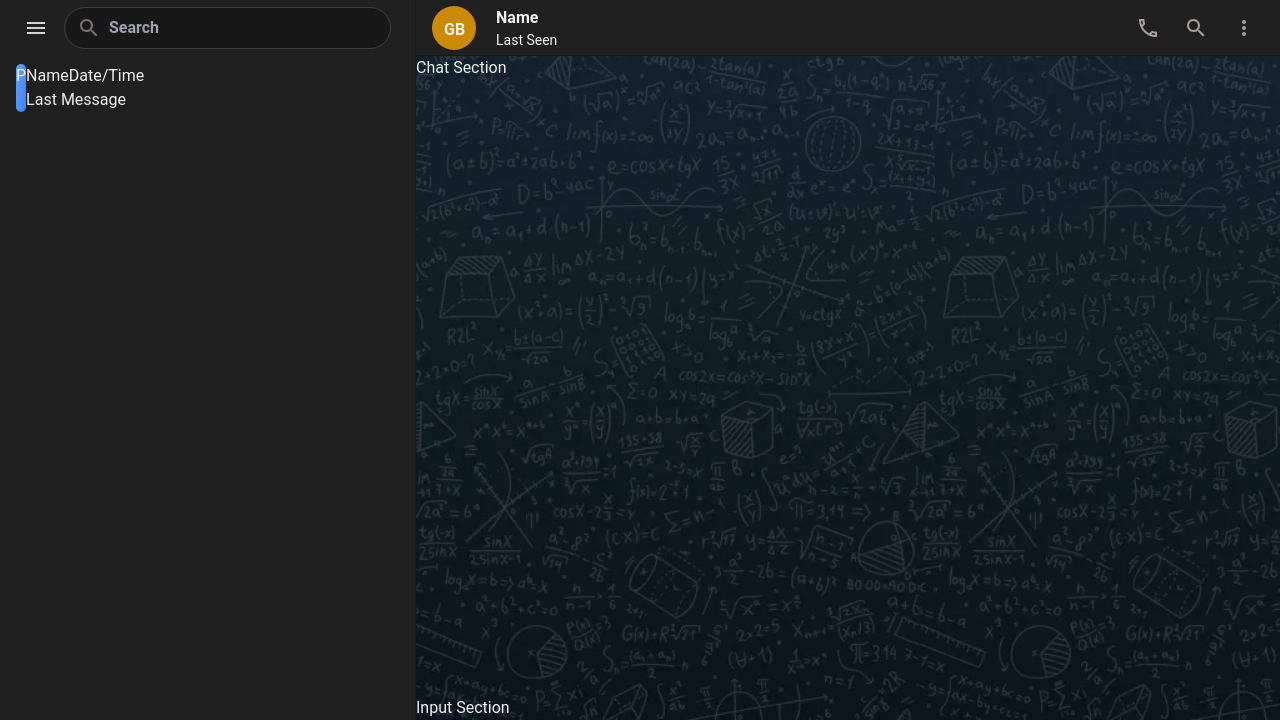
Repository: Qu4ntumGuy/telegram-clone
Page: /
The author's editor kept a copy of each file at every save. The page is drawn from the files as they stood at one save, then again after the next save.
The browser window is 1280 px wide. The pictures show the whole page.
The page's requests for data from a server got no answer. The project was rebuilt for these pictures with package versions that can differ from the ones it lists, and the page was loaded fresh each time. No one was signed in, and anything a server would have sent is missing. Also part of the build but not shown: src/Pages/ChatPage.js/ChatPage.js.

Above is the page before, as saved 2024-07-15 13:45:23.

### src/index.css
@tailwind base;
@tailwind components;
@tailwind utilities;

:root {
  font-family: "Roboto", sans-serif;
  color-scheme: light;
  body {
    @apply bg-[#181818] text-[#f0f0f0];
  }
}
/*
:root {
  @apply bg-[#181818];
} */

### src/App.js
import { Routes, BrowserRouter, Route } from "react-router-dom";
import Sidebar from "./Components/Sidebar";
import Home from "./Pages/Home/Home";
import ChatPage from "./Pages/ChatPage.js/ChatPage";

function App() {
  return (
    <div className="flex max-w-[105rem] mx-auto">
      <Sidebar />
      <BrowserRouter>
        <Routes>
          <Route path="/" element={<Home />} />
          <Route path="/k/:id" element={<ChatPage />} />
        </Routes>
      </BrowserRouter>
      {/* <Home /> */}
    </div>
  );
}

export default App;

### src/Components/Sidebar.js
import React, { useEffect, useRef, useState } from "react";
import MenuIcon from "@mui/icons-material/Menu";
import SearchIcon from "@mui/icons-material/Search";
import axios from "axios";
import Chat from "./Chat";

function Sidebar() {
  const [page, setPage] = useState(1);
  const [channels, setChannels] = useState([]);
  const fetchChannels = async () => {
    try {
      const res = await axios.get(
        `https://devapi.beyondchats.com/api/get_all_chats?page=${page}`,
        {
          headers: {
            Accept: "application/json",
          },
        }
      );
      //   console.log(res);
      setChannels(res.data.data.data);
      console.log(res.data.data.data);
    } catch (error) {
      console.log(error);
    }
  };

  function formatString(str) {
    str = str.trim();
    const words = str.split(/\s+/);
    if (words.length === 1) {
      return words[0].charAt(0).toUpperCase();
    } else if (words.length === 2) {
      return (
        words[0].charAt(0).toUpperCase() + words[1].charAt(0).toUpperCase()
      );
    } else {
      return (
        words[0].charAt(0).toUpperCase() +
        words[words.length - 1].charAt(0).toUpperCase()
      );
    }
  }

  useEffect(() => {
    fetchChannels();
  }, []);

  const ref = useRef();
  return (
    <div className="w-full md:max-w-[26rem] bg-[#202020] border-r border-[#181818] h-screen">
      <div className="flex items-center justify-start px-4 h-14 w-full">
        <div className="px-2 text-stone-300">
          <MenuIcon />
        </div>

        <div className="flex items-center justify-start border text-stone-500 w-full px-3 mx-2 border-stone-700 rounded-full p-2 bg-[#181818]">
          <div className="w-auto">
            <SearchIcon />
          </div>
          <form className="w-full text-white font-semibold">
            <input
              className=" w-full bg-inherit pl-2 focus:outline-none"
              placeholder="Search"
            />
            <div className="w-full bg-inherit pl-2"></div>
          </form>
        </div>
      </div>
      <div className=" overflow-y-auto">
        <Chat />
      </div>
    </div>
  );
}

export default Sidebar;

### src/Pages/Home/Home.js
import React from "react";
import backgroundImage from "../../Assets/Desktop.webp";
import Topbar from "../../Components/Topbar";

function Home() {
  const image =
    "https://blog.1a23.com/wp-content/uploads/sites/2/2020/02/pattern_02-150x150.png";

  //   const divStyle = {
  //     width: "100%",
  //     height: "100vh", // Adjust the height as needed
  //     backgroundImage: `url(${backgroundImage})`,
  //     backgroundSize: "cover", // Ensures the image covers the entire div
  //     backgroundPosition: "center", // Centers the image
  //   };
  return (
    <div
      className="md:flex flex-col justify-center bg-cover h-screen hidden md:w-full "
      style={{ backgroundImage: `url(${backgroundImage})` }}
    >
      <div className="top-0 mb-auto h-14 bg-[#202020] border-b border-[#181818]">
        <Topbar />
      </div>
      <div className="flex flex-col h-full">
        <div className="top-0">Chat Section</div>
        <div className="bottom-0 mt-auto">Input Section</div>
      </div>
    </div>
  );
}

export default Home;

### src/Components/Chat.js
import React from "react";

function Chat({ name, profile }) {
  return (
    <div className="flex hover:bg-stone-700 hover:bg-opacity-30 p-2 mx-2 rounded-lg">
      <div className=" bg-gradient-to-br from-blue-400 rounded-full to-blue-500">
        P
      </div>
      <div className="flex flex-col">
        <div className="flex">
          <div>Name</div>
          <div>Date/Time</div>
        </div>
        <div>Last Message</div>
      </div>
    </div>
  );
}

export default Chat;

### src/Components/Topbar.js
import React from "react";
import CallOutlinedIcon from "@mui/icons-material/CallOutlined";
import SearchIcon from "@mui/icons-material/Search";
import MoreVertIcon from "@mui/icons-material/MoreVert";

function Topbar() {
  return (
    <div className="flex px-4 h-14">
      <div className="flex-1 flex items-center">
        <div className="bg-yellow-600 p-3 rounded-full h-11 w-11 text-center align-middle font-bold">
          <div className="text-center align-middle">GB</div>
        </div>
        <div className="flex flex-col pl-5 w-full">
          <div className="font-semibold">Name</div>
          <div className="text-sm"> Last Seen</div>
        </div>
      </div>
      <div className="flex items-center space-x-2 font-bold pl-3 text-stone-400">
        <div className=" rounded-full cursor-pointer hover:bg-stone-700 hover:bg-opacity-30 p-2">
          <CallOutlinedIcon />
        </div>
        <div className=" rounded-full cursor-pointer hover:bg-stone-700 hover:bg-opacity-30 p-2">
          <SearchIcon />
        </div>
        <div className=" rounded-full cursor-pointer hover:bg-stone-700 hover:bg-opacity-30 p-2">
          <MoreVertIcon />
        </div>
      </div>
    </div>
  );
}

export default Topbar;

Loaded but not shown: public/index.html (common file); src/index.js (common file); src/reportWebVitals.js (common file); tailwind.config.js (common file)

After the next save:
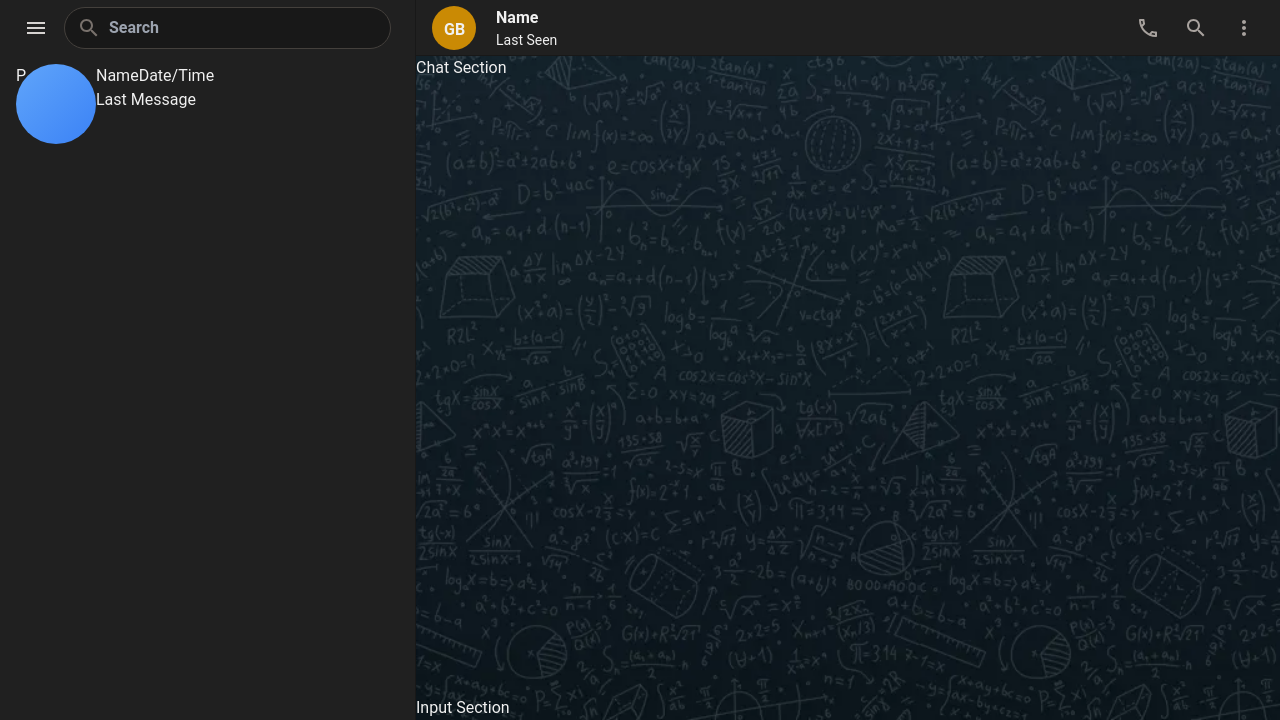
Saved 9 s later.
--- a/src/Components/Chat.js
+++ b/src/Components/Chat.js
@@ -3,7 +3,7 @@ import React from "react";
 function Chat({ name, profile }) {
   return (
     <div className="flex hover:bg-stone-700 hover:bg-opacity-30 p-2 mx-2 rounded-lg">
-      <div className=" bg-gradient-to-br from-blue-400 rounded-full to-blue-500">
+      <div className=" bg-gradient-to-br from-blue-400 rounded-full w-20 h-20 to-blue-500">
         P
       </div>
       <div className="flex flex-col">
